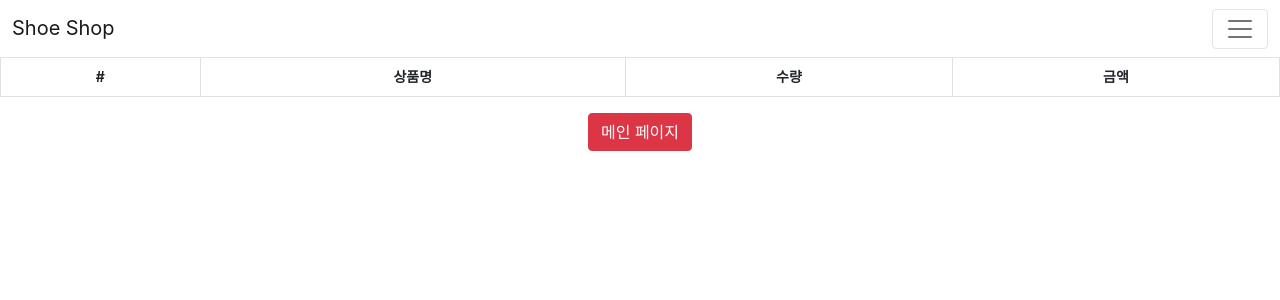
Repository: yangddoddi/shoe-store-pwa
Page: /#/cart
These files come from the project's save history. The page is drawn as it stood at one moment and after the next save; the edit follows.
The browser window is 1280 px wide. The pictures show the whole page.
The project was rebuilt for these pictures with package versions that can differ from the ones it lists, and the page was loaded fresh each time.

Above is the page before, as saved 2022-04-11 11:43:43.

After the next save:
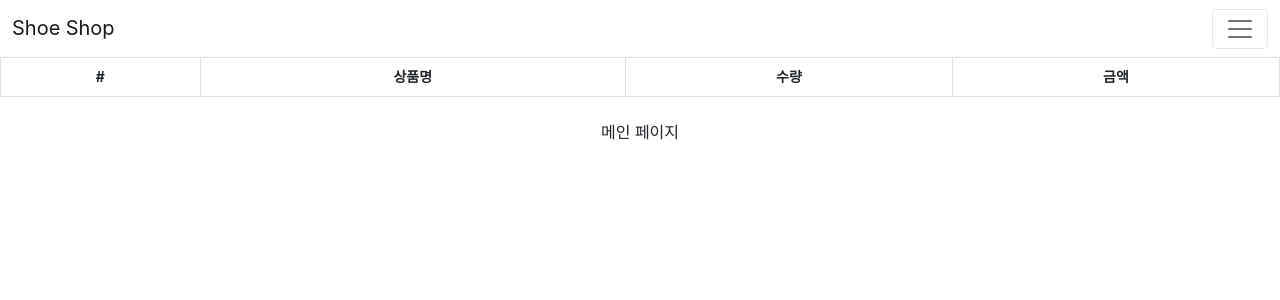
Saved 7 s later.
--- a/src/Cart.js
+++ b/src/Cart.js
@@ -63,7 +63,7 @@ function CartTable(props) {
           })}
         </tbody>
       </Table>
-      <button className="btn btn-danger">메인 페이지</button>
+      <button className="btn primary">메인 페이지</button>
     </>
   );
 }
